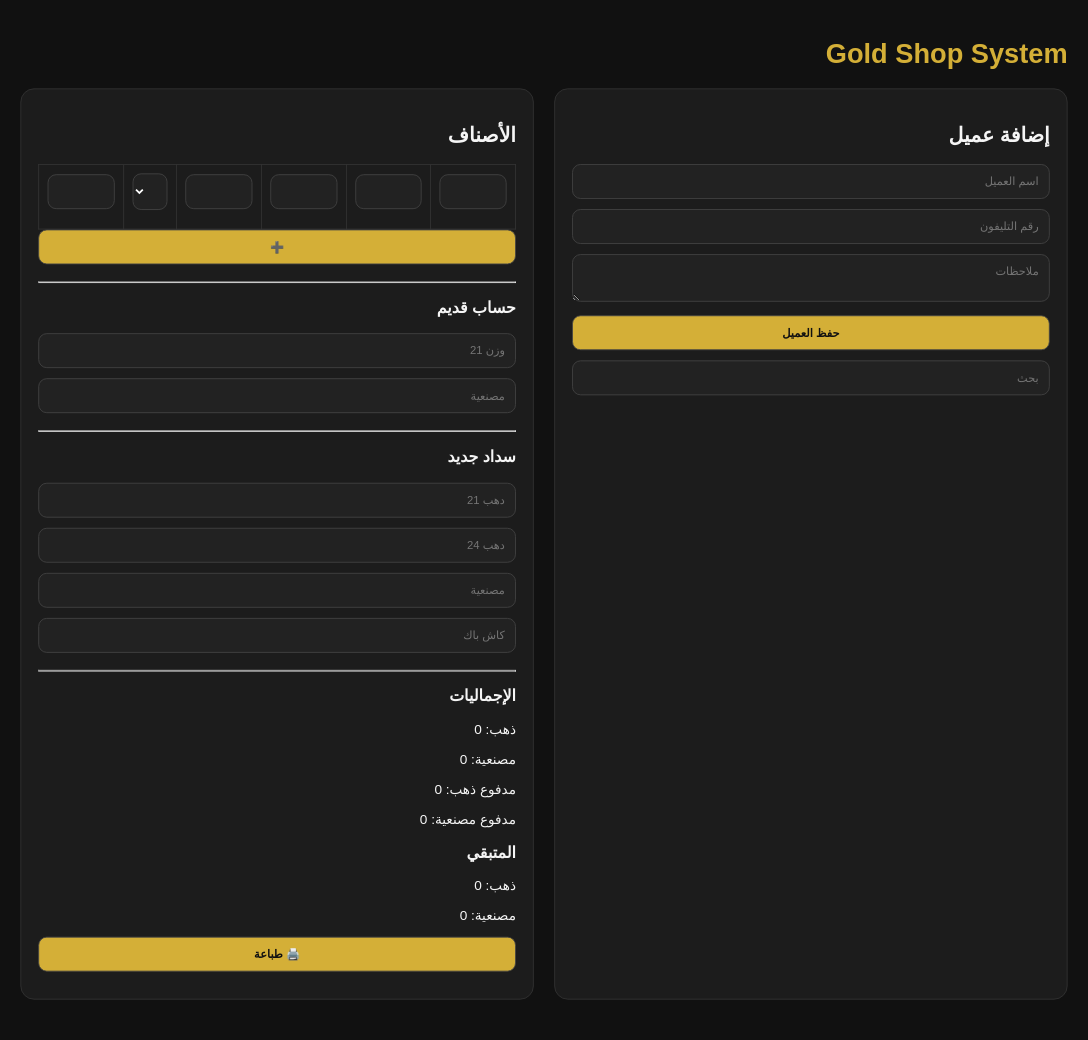
Repository: erineehab27/gold-shop
Page: /
An editor plug-in stored every save of this project. The page is shown before and after a run of saves, followed by the edit.
The browser window is 1280 px wide. The pictures show the whole page, at 85% of full size.
The project was rebuilt for these pictures with package versions that can differ from the ones it lists, and the page was loaded fresh each time. Also part of the build but not shown: vite.config.js, src/printpage.jsx.

Above is the page before, as saved 2026-05-11 12:24:43.

After the next 2 saves:
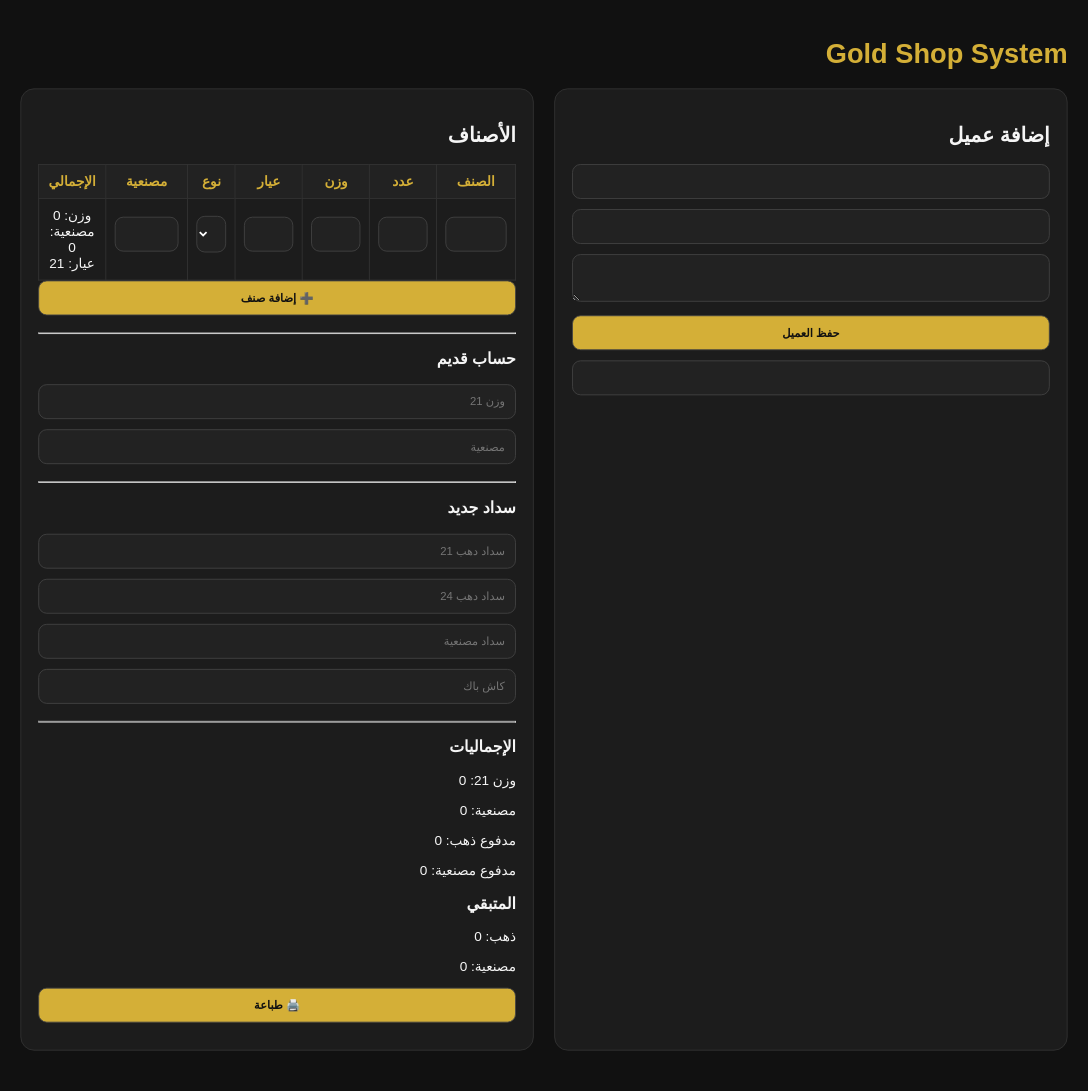
The 2 saves are shown as one change because they came seconds apart.
The last was saved 3 min 37 s later.
--- a/src/App.jsx
+++ b/src/App.jsx
@@ -415,7 +415,7 @@ export default function App() {
     ]);
   };
 
-  // 🔥 الإجماليات
+  // 🔥 الحساب (زي ما هو + تعديل التحويل فقط)
   let totalWeight21 = 0;
   let totalWorkmanship = 0;
 
@@ -434,6 +434,7 @@ export default function App() {
       itemWork = itemWeight * workmanship;
     }
 
+    // 🔥 التحويل الصح
     let weight21 = 0;
 
     if (karat === 24) {
@@ -467,7 +468,7 @@ export default function App() {
       Number(inv.remainingWorkmanship || 0);
   });
 
-  // 🔥 تحويل 24 → 21
+  // 🔥 تحويل سداد 24 → 21
   const payGold24_to21 = (Number(payGold24 || 0) * 999.9) / 875;
 
   const totalPaidGold =
@@ -495,21 +496,18 @@ export default function App() {
           <form onSubmit={addCustomer}>
             <input
               value={customerForm.name}
-              placeholder="اسم العميل"
               onChange={(e) =>
                 setCustomerForm({ ...customerForm, name: e.target.value })
               }
             />
             <input
               value={customerForm.phone}
-              placeholder="رقم التليفون"
               onChange={(e) =>
                 setCustomerForm({ ...customerForm, phone: e.target.value })
               }
             />
             <textarea
               value={customerForm.notes}
-              placeholder="ملاحظات"
               onChange={(e) =>
                 setCustomerForm({ ...customerForm, notes: e.target.value })
               }
@@ -517,11 +515,7 @@ export default function App() {
             <button>حفظ العميل</button>
           </form>
 
-          <input
-            placeholder="بحث"
-            value={search}
-            onChange={(e) => handleSearch(e.target.value)}
-          />
+          <input value={search} onChange={(e) => handleSearch(e.target.value)} />
 
           <div className="list">
             {customers.map((c) => (
@@ -536,27 +530,63 @@ export default function App() {
         <section className="card">
           <h2>الأصناف</h2>
 
+          {selectedCustomer && <p>{selectedCustomer.name}</p>}
+
+          {/* ❗❗❗ الجزء دا متلمسش خالص زي ما هو */}
           <table>
+            <thead>
+              <tr>
+                <th>الصنف</th>
+                <th>عدد</th>
+                <th>وزن</th>
+                <th>عيار</th>
+                <th>نوع</th>
+                <th>مصنعية</th>
+                <th>الإجمالي</th>
+              </tr>
+            </thead>
+
             <tbody>
-              {items.map((item, i) => (
-                <tr key={i}>
-                  <td><input onChange={(e) => handleItemChange(i, "name", e.target.value)} /></td>
-                  <td><input onChange={(e) => handleItemChange(i, "count", e.target.value)} /></td>
-                  <td><input onChange={(e) => handleItemChange(i, "weight", e.target.value)} /></td>
-                  <td><input onChange={(e) => handleItemChange(i, "karat", e.target.value)} /></td>
-                  <td>
-                    <select onChange={(e) => handleItemChange(i, "type", e.target.value)}>
-                      <option value="gram">جرام</option>
-                      <option value="piece">قطعة</option>
-                    </select>
-                  </td>
-                  <td><input onChange={(e) => handleItemChange(i, "workmanship", e.target.value)} /></td>
-                </tr>
-              ))}
+              {items.map((item, i) => {
+                const count = Number(item.count || 0);
+                const weight = Number(item.weight || 0);
+                const karat = Number(item.karat || 0);
+                const workmanship = Number(item.workmanship || 0);
+
+                let itemWeight = count * weight;
+                let itemWork = 0;
+
+                if (item.type === "piece") {
+                  itemWork = count * workmanship;
+                } else {
+                  itemWork = itemWeight * workmanship;
+                }
+
+                return (
+                  <tr key={i}>
+                    <td><input onChange={(e) => handleItemChange(i, "name", e.target.value)} /></td>
+                    <td><input onChange={(e) => handleItemChange(i, "count", e.target.value)} /></td>
+                    <td><input onChange={(e) => handleItemChange(i, "weight", e.target.value)} /></td>
+                    <td><input onChange={(e) => handleItemChange(i, "karat", e.target.value)} /></td>
+                    <td>
+                      <select onChange={(e) => handleItemChange(i, "type", e.target.value)}>
+                        <option value="gram">جرام</option>
+                        <option value="piece">قطعة</option>
+                      </select>
+                    </td>
+                    <td><input onChange={(e) => handleItemChange(i, "workmanship", e.target.value)} /></td>
+                    <td>
+                      وزن: {fix(itemWeight)} <br />
+                      مصنعية: {fix(itemWork)} <br />
+                      عيار: {karat === 24 ? "24" : "21"}
+                    </td>
+                  </tr>
+                );
+              })}
             </tbody>
           </table>
 
-          <button onClick={addRow}>➕</button>
+          <button onClick={addRow}>➕ إضافة صنف</button>
 
           <hr />
 
@@ -567,15 +597,15 @@ export default function App() {
           <hr />
 
           <h3>سداد جديد</h3>
-          <input placeholder="دهب 21" onChange={(e) => setPayGold(e.target.value)} />
-          <input placeholder="دهب 24" onChange={(e) => setPayGold24(e.target.value)} />
-          <input placeholder="مصنعية" onChange={(e) => setPayWorkmanshipNow(e.target.value)} />
+          <input placeholder="سداد دهب 21" onChange={(e) => setPayGold(e.target.value)} />
+          <input placeholder="سداد دهب 24" onChange={(e) => setPayGold24(e.target.value)} />
+          <input placeholder="سداد مصنعية" onChange={(e) => setPayWorkmanshipNow(e.target.value)} />
           <input placeholder="كاش باك" onChange={(e) => setCashBack(e.target.value)} />
 
           <hr />
 
           <h3>الإجماليات</h3>
-          <p>ذهب: {fix(totalWeight21)}</p>
+          <p>وزن 21: {fix(totalWeight21)}</p>
           <p>مصنعية: {fix(totalWorkmanship)}</p>
           <p>مدفوع ذهب: {fix(totalPaidGold)}</p>
           <p>مدفوع مصنعية: {fix(totalPaidWork)}</p>
